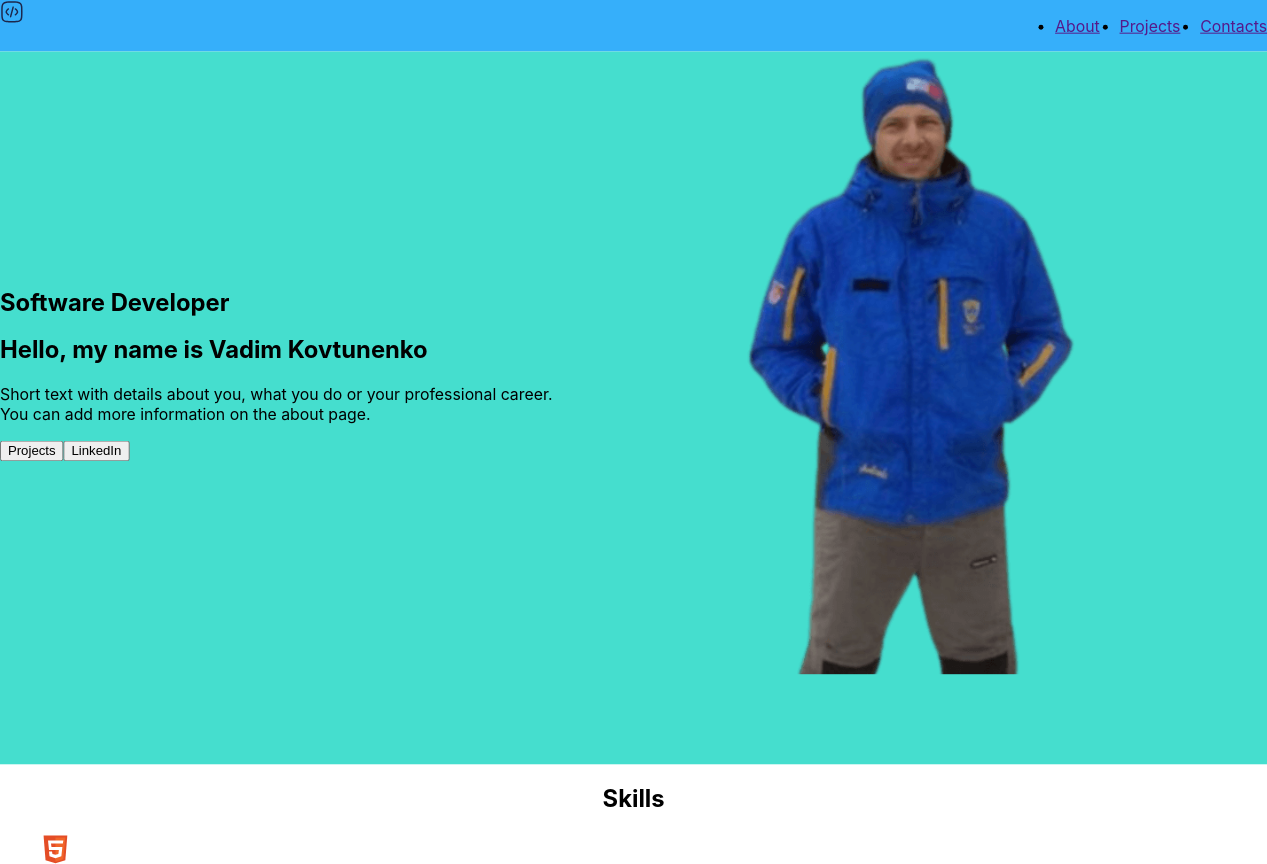
Repository: Vad197779/my-portfolio
Page: /
These files come from the project's save history. The page is drawn as it stood at one moment and after a run of saves; the edit follows.
The browser window is 1280 px wide. The pictures show the whole page, at 99% of full size.
The project was rebuilt for these pictures with package versions that can differ from the ones it lists, and the page was loaded fresh each time. Also part of the build but not shown: src/App.css.

Above is the page before, as saved 2023-09-18 15:45:31.

After the next 7 saves:
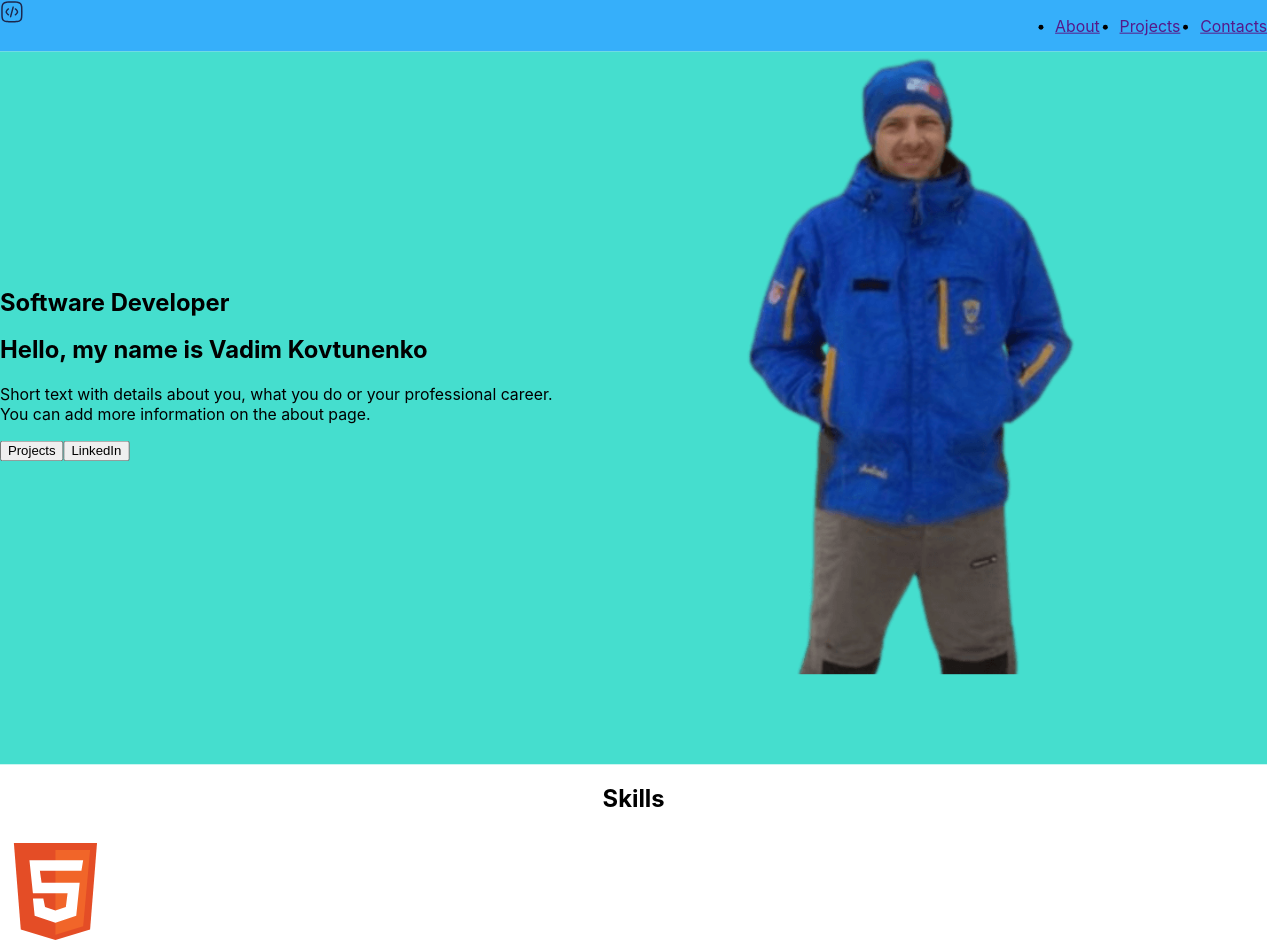
The 7 saves are shown as one change because they came seconds apart.
The last was saved 16 s later.
--- a/src/layout/sections/skills/Skills.tsx
+++ b/src/layout/sections/skills/Skills.tsx
@@ -9,7 +9,7 @@ export const Skills = () => {
     <StyledSkills>
       <SectionTitle>Skills</SectionTitle>
       <FlexWrapper>
-        <Icon iconId={"html"} width={"112"} />
+        <Icon iconId={"html"} width={"112"} height={'112'}/>
       </FlexWrapper>
     </StyledSkills>
   )
